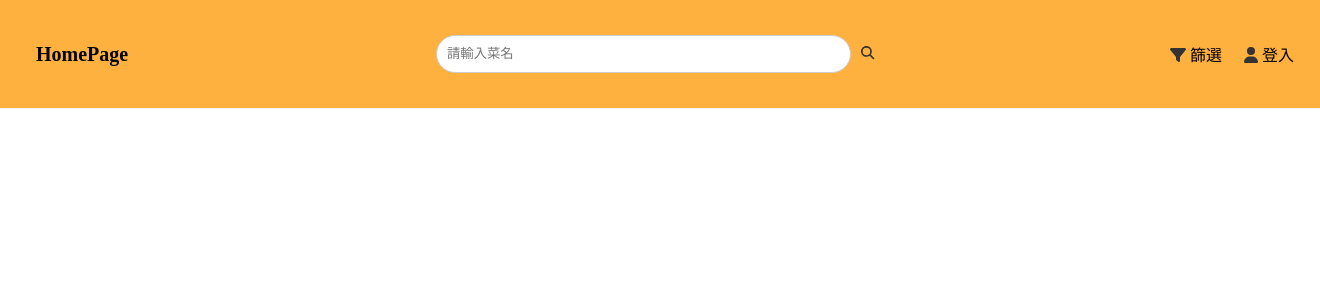
Repository: eason9338/Recippy
Page: /
These files come from the project's save history. The page is drawn as it stood at one moment and after the next save; the edit follows.
The browser window is 1280 px wide. The page is 1320 px wide, so the pictures cover 1320 px, including what lies to the right of the window. The pictures show the whole page.
The page's requests for data from a server got no answer. Some web fonts or font styles are not loaded; a fallback is used. The project was rebuilt for these pictures with package versions that can differ from the ones it lists, and the page was loaded fresh each time. Some packages were replaced by stand-ins written for this rebuild. No one was signed in, and anything a server would have sent is missing. Also part of the build but not shown: src/pages/FilterModal.js, src/pages/NotFound.js, src/pages/Login.js, src/pages/Signup.js, src/pages/User.js, src/pages/Create.js.

Above is the page before, as saved 2024-06-05 21:25:24.

After the next save:
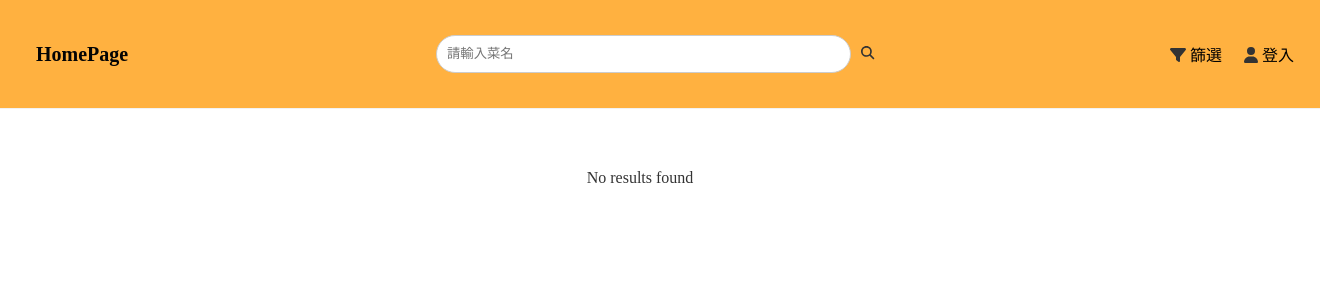
Saved 2 min 4 s later.
--- a/src/pages/Home.js
+++ b/src/pages/Home.js
@@ -40,23 +40,27 @@
 
     return (
         <div>
-            {results && results.map(post => (
-                <div key={post.id} className="post" onClick={() => handlePostClick(post.id)}>
-                    <div className="post_inside">
-                        <div className='poster-info'>
-                            <div className='poster-pic' style={{ backgroundColor: 'orange', color: 'white' }}>
-                                {post.name ? post.name.charAt(0).toUpperCase() : ''}
+            {Array.isArray(results) && results.length > 0 ? (
+                results.map(post => (
+                    <div key={post.post_id} className="post" onClick={() => handlePostClick(post.post_id)}>
+                        <div className="post_inside">
+                            <div className='poster-info'>
+                                <div className='poster-pic' style={{ backgroundColor: 'orange', color: 'white' }}>
+                                    {post.user_name ? post.user_name.charAt(0).toUpperCase() : ''}
+                                </div>
+                                <p className="poster-name">{post.user_name}</p>
                             </div>
-                            <p className="poster-name">{post.name}</p>
+                            <h3 className='post-title'>{post.post_title}</h3>
+                            {post.post_tags && post.post_tags.map((tag, index) => (
+                                <span className='tag' key={index}>{tag}</span>
+                            ))}
+                            <p className="post-content">{post.post_content}</p>
                         </div>
-                        <h3 className='post-title'>{post.title}</h3>
-                        {post.tags.map((tag, index) => (
-                            <span className='tag' key={index}>{tag}</span>
-                        ))}
-                        <p className="post-content">{post.content}</p>
                     </div>
-                </div>
-            ))}
+                ))
+            ) : (
+                <p>No results found</p>
+            )}
         </div>
     );
 };

After the save that followed:
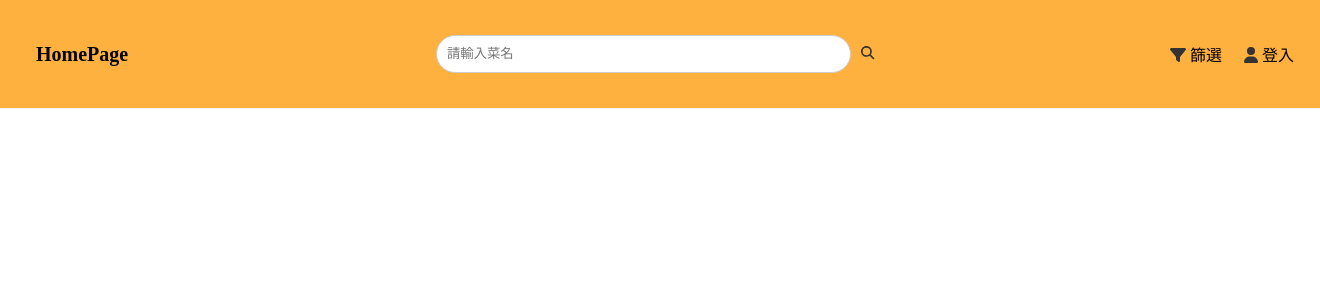
Saved 31 s later.
--- a/src/pages/Home.js
+++ b/src/pages/Home.js
@@ -40,27 +40,23 @@
 
     return (
         <div>
-            {Array.isArray(results) && results.length > 0 ? (
-                results.map(post => (
-                    <div key={post.post_id} className="post" onClick={() => handlePostClick(post.post_id)}>
-                        <div className="post_inside">
-                            <div className='poster-info'>
-                                <div className='poster-pic' style={{ backgroundColor: 'orange', color: 'white' }}>
-                                    {post.user_name ? post.user_name.charAt(0).toUpperCase() : ''}
-                                </div>
-                                <p className="poster-name">{post.user_name}</p>
+            {results && results.map(post => (
+                <div key={post.id} className="post" onClick={() => handlePostClick(post.id)}>
+                    <div className="post_inside">
+                        <div className='poster-info'>
+                            <div className='poster-pic' style={{ backgroundColor: 'orange', color: 'white' }}>
+                                {post.name ? post.name.charAt(0).toUpperCase() : ''}
                             </div>
-                            <h3 className='post-title'>{post.post_title}</h3>
-                            {post.post_tags && post.post_tags.map((tag, index) => (
-                                <span className='tag' key={index}>{tag}</span>
-                            ))}
-                            <p className="post-content">{post.post_content}</p>
+                            <p className="poster-name">{post.name}</p>
                         </div>
+                        <h3 className='post-title'>{post.title}</h3>
+                        {post.tags.map((tag, index) => (
+                            <span className='tag' key={index}>{tag}</span>
+                        ))}
+                        <p className="post-content">{post.content}</p>
                     </div>
-                ))
-            ) : (
-                <p>No results found</p>
-            )}
+                </div>
+            ))}
         </div>
     );
 };
